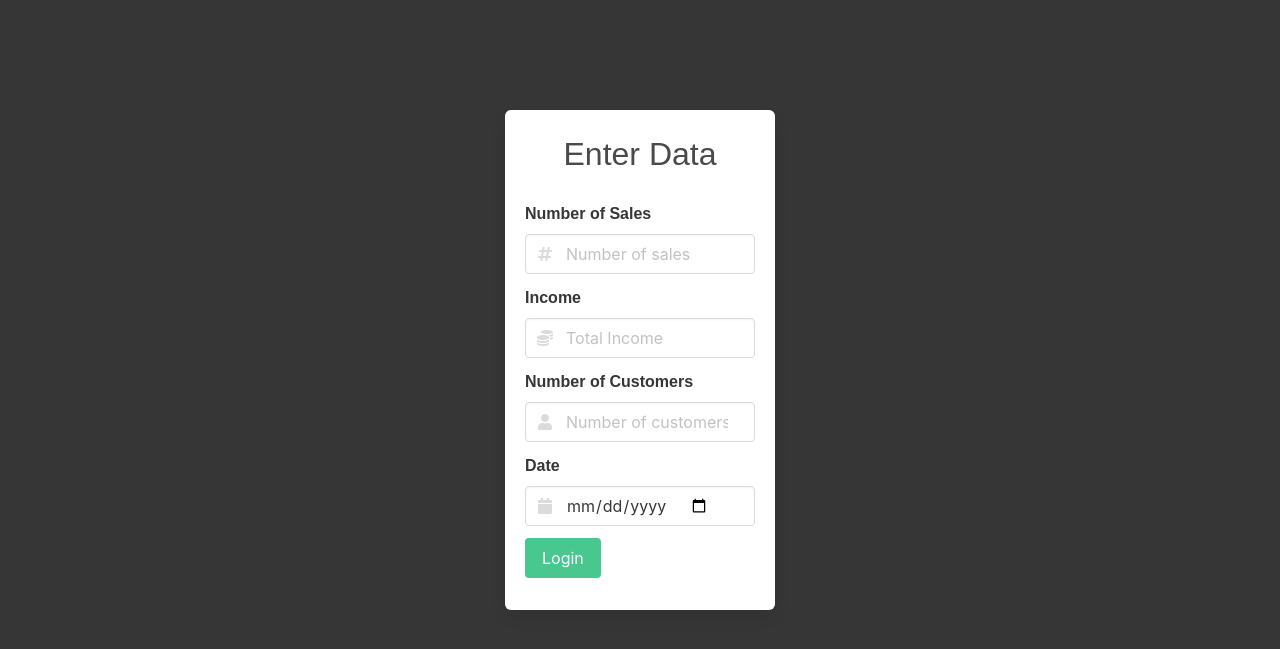
Repository: EmmanuelKeifala/Hackathon
Page: http://localhost/upload/
These files come from the project's save history. The page is drawn as it stood at one moment and after the next save; the edit follows.
The browser window is 1280 px wide. The pictures show the whole page.
Some web fonts or font styles are not loaded; a fallback is used. Some web libraries are served in a nearby version. The page is served by the project's application, run on Django 3.2 (manage.py).

Above is the page before, as saved 2022-10-29 03:31:43.

After the next save:
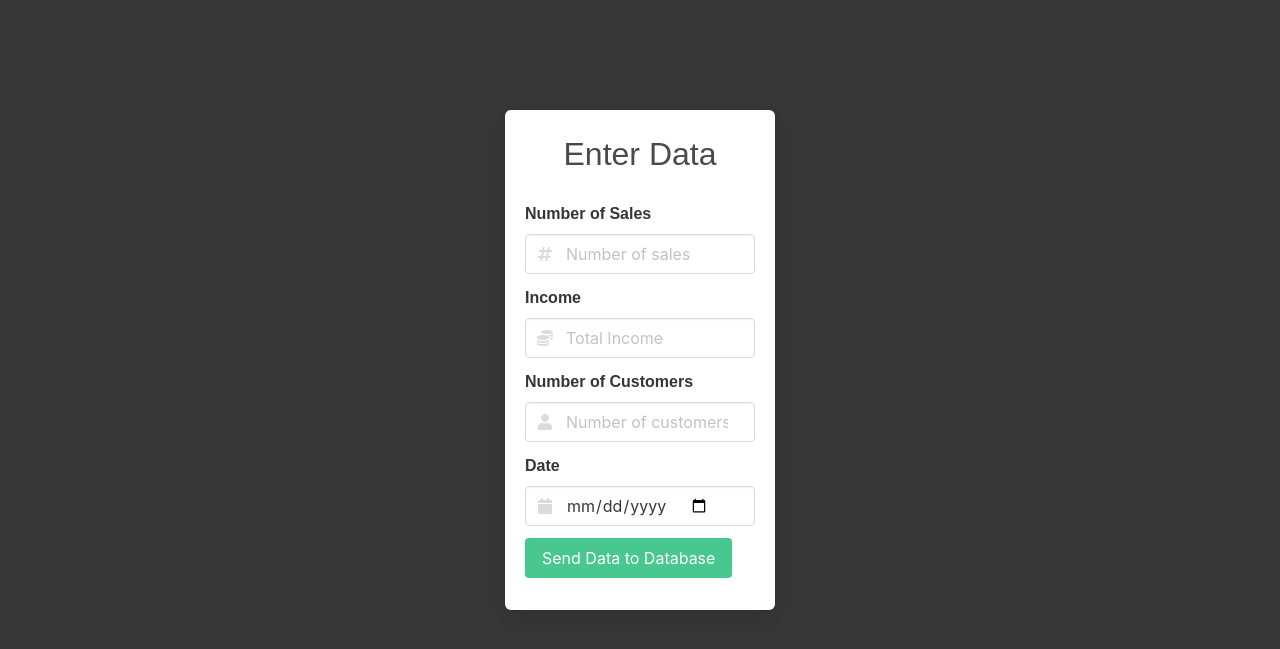
Saved 25 s later.
--- a/users/templates/users/upload.html
+++ b/users/templates/users/upload.html
@@ -128,7 +128,9 @@
                 <div class="field"></div>
 
                 <div class="field">
-                  <button class="button is-success" type="submit">Login</button>
+                  <button class="button is-success" type="submit">
+                    Send Data to Database
+                  </button>
                 </div>
                 <div class="field"></div>
               </form>
